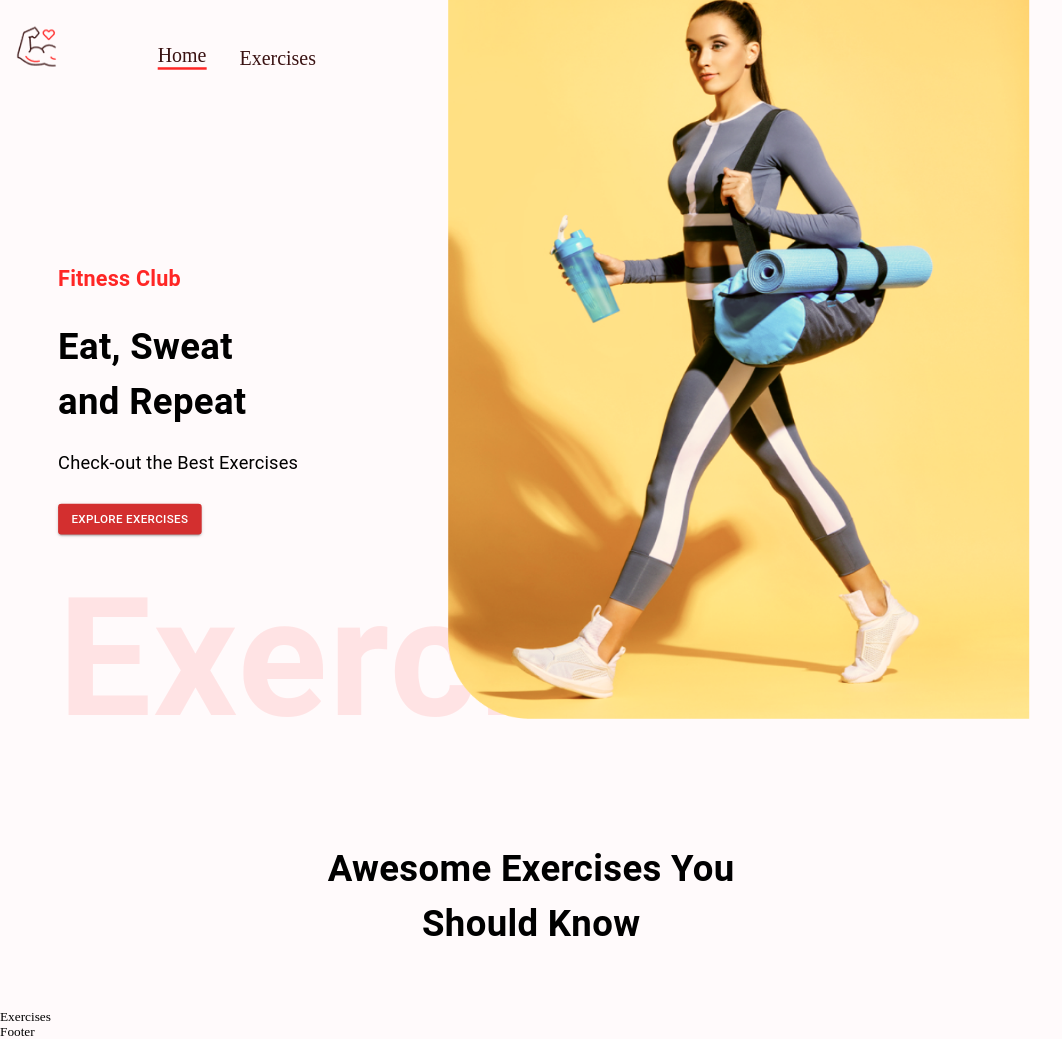
Repository: remydev47/fitness-center
Page: /
These files come from the project's save history. The page is drawn as it stood at one moment and after the next save; the edit follows.
The browser window is 1280 px wide. The pictures show the whole page, at 83% of full size.
The project was rebuilt for these pictures with package versions that can differ from the ones it lists, and the page was loaded fresh each time. Also part of the build but not shown: src/pages/ExerciseDetail.js.

Above is the page before, as saved 2022-07-26 00:55:46.

### src/index.js
import React from 'react'
import ReactDOM from  'react-dom'
import { BrowserRouter } from 'react-router-dom'

import App from './App'

const root = ReactDOM.createRoot(document.getElementById('root'))

root.render(
    <BrowserRouter>
      <App/>
    </BrowserRouter>
)

### src/App.js
import React from 'react'
import { Route, Routes } from 'react-router-dom';
import { Box } from '@mui/material'

import './App.css'
import Navbar from './components/Navbar';
import Footer from './components/Footer'
import Home from './pages/Home';
import ExerciseDetail from './pages/ExerciseDetail';

const App = () => {
  return (
    <Box>
      <Navbar />
      <Routes>
        <Route path="/"  element={<Home />}/>
        <Route path="/exercise/:id"  element={<ExerciseDetail />}/>
      </Routes>
      <Footer />
    </Box>
  )
}

export default App

### src/components/Navbar.js
import React from 'react'
import { Link } from 'react-router-dom';
import { Stack } from '@mui/material'
import Logo from '../assets/images/Logo.png'

const Navbar = () => {
  return (
    <Stack
     direction="row"
     justifyContent="space-around"
     sx={{ gap: { sm: '122px', xs: '40px'}, mt: { sm: '32px', xs:'20px'}, justifyContent: 'none'}}
     px="20px"
    >
        <Link to="/">
            <img
               src={Logo}
               alt="logo"
               style={{
                width:'48px',
                height:'48px',
                margin: '0, 20px'
               }}
            />
        </Link>
        <Stack
            direction="row"
            gap="40px"
            fontSize="24px"
            alignItems="flex-end"
        >
            <Link to="/" style={{
                textDecoration:"none",
                color:"#3A1212",
                borderBottom: '3px solid #FF2625'
            }}
            >
                Home
            </Link>
            <a href="#exercises" style={{ textDecoration:"none", color:"#3A1212"}}>Exercises</a>
        </Stack>
    </Stack>
  )
}

export default Navbar

### src/pages/Home.js
import React, { useState } from 'react';
import { Box } from '@mui/material'
import HeaderBanner from '../components/HeaderBanner';
import SearchExercises from '../components/SearchExercises';
import Exercises from '../components/Exercises';

const Home = () => {
  return (
    <Box>
        <HeaderBanner />
        <SearchExercises />
        <Exercises />
    </Box>
  )
}

export default Home

### src/components/HeaderBanner.js
import React from 'react';
import { Box, Stack, Typography, Button } from '@mui/material';
import HeroBannerImage from '../assets/images/banner.png';

const HeaderBanner = () => {
  return (
    <Box
      sx={{
        mt:{ lg: '212px', xs: '70px'},
        ml: { sm: '50px'}
      }}
      position="relative"
      p="20px"
    >
        <Typography
          color="#FF2625"
          fontSize="26px"
          fontWeight="600"
        >
            Fitness Club
        </Typography>
        <Typography
          fontWeight={700}
          sx={{
             fontSize: { lg:'44px', xs: '40px'}
          }}
          mb="23px"
          mt="30px"
        >
            Eat, Sweat <br/>and Repeat
        </Typography>
        <Typography
         fontSize="22px"
         lineHeight="35px"
         mb={4}
        >
            Check-out the Best Exercises
        </Typography>
        <Button
          sm={{
            backgroundColor: "#FF2625",
            padding: "10px"
          }}
          variant="contained"
          color="error"
          href="#exercises"
        >
            Explore Exercises
        </Button>
        <Typography
          fontWeight={600}
          color="#ff2625"
          sx={{
            opacity: '0.1',
            display: { lg: 'block', xs: 'none'}
          }}
          fontSize="200px"
        >
            Exercises
        </Typography>
        <img
          src={HeroBannerImage}
          alt="banner"
          className='hero-banner-img'
        />
    </Box>
  )
}

export default HeaderBanner

### src/components/SearchExercises.js
import React, { useState, useEffect } from 'react';
import { Box, Typography, Stack, Button, TextField } from '@mui/material'

const SearchExercises = () => {
  return (
    <Stack
      alignItems="center"
      mt="30px"
      justifyContent="center"
      p="20px"
    >
        <Typography
         fontWeight={700}
         sx={{
            fontSize:{ lg: '44px', xs: '30px'}
         }}
         mb="50px"
         textAlign="center"
        >
            Awesome Exercises You <br />
            Should Know
        </Typography>
    </Stack>
  )
}

export default SearchExercises

Loaded but not shown: public/index.html (common file); src/App.css (common file); src/components/Footer.js (common file); src/components/Exercises.js (common file)

After the next save:
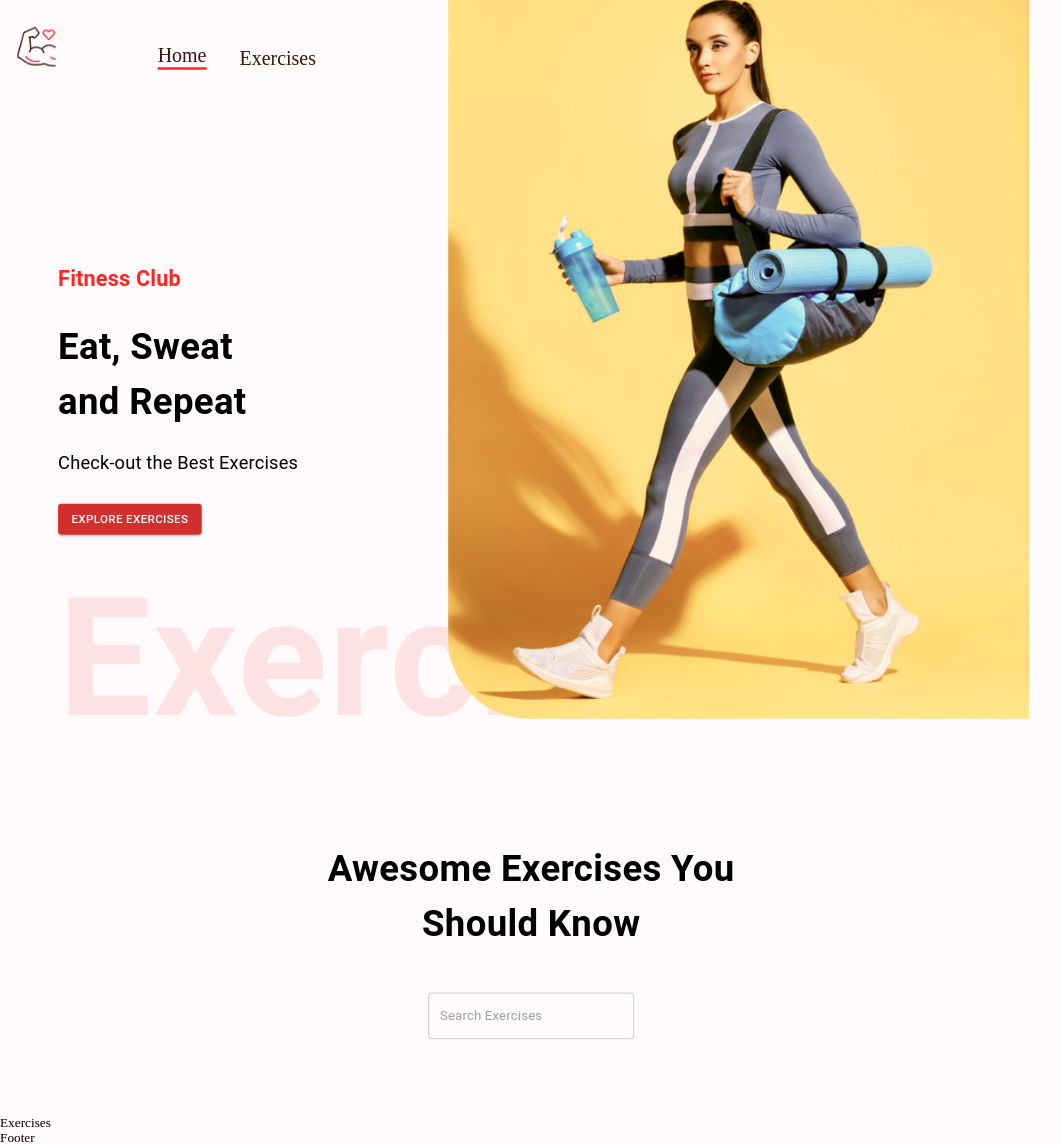
Saved 12 min 36 s later.
--- a/src/components/SearchExercises.js
+++ b/src/components/SearchExercises.js
@@ -20,6 +20,26 @@ const SearchExercises = () => {
             Awesome Exercises You <br />
             Should Know
         </Typography>
+        <Box
+          position="relative"
+          mb="72px"
+
+        >
+            <TextField
+             sx={{
+                input: {
+                    fontweight: '700',
+                    border: 'none',
+                    borderRadius: '4px'
+                }
+             }}
+              height="70px"
+              value=""
+              onChange={(e) => {}}
+              placeholder="Search Exercises"
+              type="Text"
+            />
+        </Box>
     </Stack>
   )
 }
